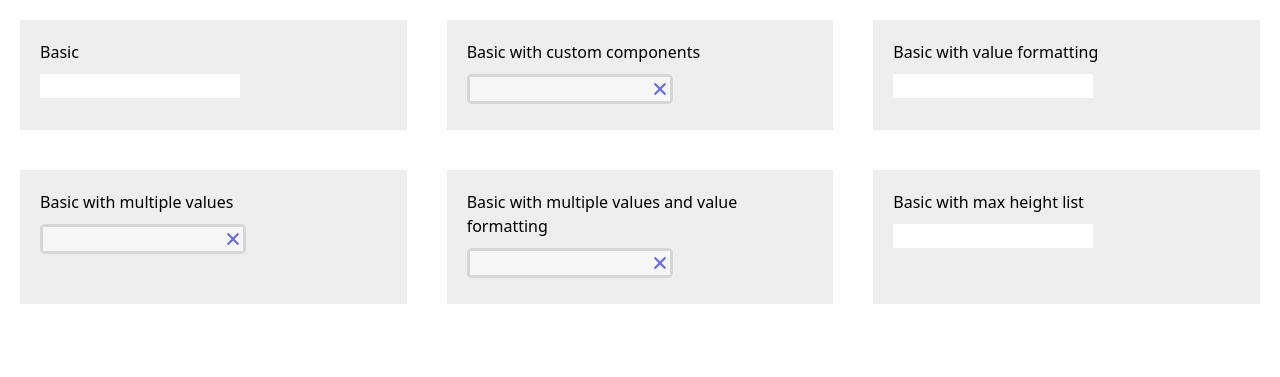
Repository: Frexity/frx-react
Page: / (app in ui/react-select/)
These files come from the project's save history. The page is drawn as it stood at one moment and after the next save; the edit follows.
The browser window is 1280 px wide. The pictures show the whole page.
Some web libraries are served in a nearby version. The project was rebuilt for these pictures with package versions that can differ from the ones it lists, and the page was loaded fresh each time. Also part of the build but not shown: ui/react-select/vite.config.ts, ui/react-select/src/CustomSelectComponents/ListLoadingIndicator.tsx, ui/react-select/src/dummy-components/ControlLoadingIndicator.tsx, ui/react-select/src/dummy-components/ListLoadingIndicator.tsx.

Above is the page before, as saved 2022-08-21 01:27:52.

### ui/react-select/index.html
<!DOCTYPE html>
<html lang="en">
  <head>
    <meta charset="UTF-8" />
    <link rel="icon" type="image/svg+xml" href="/vite.svg" />
    <meta name="viewport" content="width=device-width, initial-scale=1.0" />
    <title>React Select</title>
    <script src="https://cdn.tailwindcss.com/3.1.8"></script>
  </head>
  <body>
    <div id="root"></div>
    <script type="module" src="/src/main.tsx"></script>
  </body>
</html>

### ui/react-select/src/App.tsx
import './styles.css'

import { ClearIndicator } from './CustomSelectComponents/ClearIndicator'
import { Control } from './CustomSelectComponents/Control'
import { ListLoadingIndicator } from './CustomSelectComponents/ListLoadingIndicator'
import { Option } from './CustomSelectComponents/Option'
import { dummyComponents } from './dummy-components'
import { Select } from './Select'
import { ValueContainer } from './CustomSelectComponents/ValueContainer'
// import { AsyncSelect } from './Select/Async'

const options = [
  { label: 'Option 1', value: '1' },
  { label: 'Option 2', value: '2' },
  { label: 'Option 3', value: '3' },
  { label: 'Option 4', value: '4' },
  { label: 'Option 5', value: '5' },
  { label: 'Option 6', value: '6' },
  { label: 'Option 7', value: '7' },
  { label: 'Option 8', value: '8' },
  { label: 'Option 9', value: '9' },
  { label: 'Option 10', value: '10' },
]

const customComponents = {
  Option,
  Control,
  ClearIndicator,
  ListLoadingIndicator,
  ValueContainer,
}

export default function App() {
  return (
    <>
      <div className="cards">
        <div className="card">
          <h3>Basic</h3>
          <Select options={options} components={dummyComponents} />
        </div>
        <div className="card">
          <h3>Basic with custom components</h3>
          <Select options={options} components={customComponents} />
        </div>
        <div className="card">
          <h3>Basic with value formatting</h3>
          <Select
            options={options}
            components={dummyComponents}
            selectedValueFormatter={(value) => {
              return value ? `This is value: ${value}` : null
            }}
          />
        </div>
        <div className="card">
          <h3>Basic with multiple values</h3>
          <Select options={options} components={customComponents} canSelectMultipleValues />
        </div>
        <div className="card">
          <h3>Basic with multiple values and value formatting</h3>
          <Select
            options={options}
            components={customComponents}
            canSelectMultipleValues
            selectedValueFormatter={(value) => {
              return value ? `This is value: ${value}` : null
            }}
          />
        </div>
        {/* <div className="card">
        <h3>TODO: Basic with initial value</h3>
        <Select options={options} components={customComponents} canSelectMultipleValues />
      </div> */}
        <div className="card">
          <h3>Basic with max height list</h3>
          <Select
            options={options}
            components={dummyComponents}
            optionsListProps={{
              maxHeight: 150,
            }}
          />
        </div>
        {/* <div className="card">
        <h3>Async</h3>
        <AsyncSelect
          options={options}
          components={dummyComponents}
          asyncOptions={{
            url: 'https://jsonplaceholder.typicode.com/albums',
            startPage: 0,
            perPage: 4,
            queryAttribute: 'page',
            labelAttribute: 'title',
            valueAttribute: 'id',
            loadOnMount: true,
          }}
        />
      </div> */}
        {/* <div className="card">
        <h3>TODO: Async with initial value</h3>
        <AsyncSelect
          options={options}
          components={dummyComponents}
          asyncOptions={{
            url: 'https://jsonplaceholder.typicode.com/albums',
            startPage: 0,
            perPage: 4,
            queryAttribute: 'page',
            labelAttribute: 'title',
            valueAttribute: 'id',
            loadOnMount: true,
          }}
        />
      </div> */}
      </div>
    </>
  )
}

### ui/react-select/src/styles.css
.dropdown {
  position: fixed;
  border: 1px solid red;
  display: none;
  z-index: 1;
  background: white;
}

input:focus + .dropdown {
  display: block;
}

.card {
  margin: 20px;
  padding: 20px;
  background-color: #eee;
  overflow: hidden;
  overflow-y: scroll;
}

h3 {
  margin-bottom: 10px;
}

.cards {
  display: grid;
  grid-template-columns: repeat(auto-fill, minmax(400px, 1fr));
}

### ui/react-select/src/CustomSelectComponents/ClearIndicator.tsx
import { memo } from 'react'
import { ClearIndicatorComponentProps } from '../Select/types'

export const ClearIndicator = memo(({ clearIndicatorContainerStyles, onClick }: ClearIndicatorComponentProps) => {
  return (
    <div style={clearIndicatorContainerStyles} onClick={onClick}>
      <svg viewBox="0 0 460.775 460.775" style={{ width: 12, height: 12 }}>
        <path
          fill="#66f"
          d="M285.08,230.397L456.218,59.27c6.076-6.077,6.076-15.911,0-21.986L423.511,4.565c-2.913-2.911-6.866-4.55-10.992-4.55  c-4.127,0-8.08,1.639-10.993,4.55l-171.138,171.14L59.25,4.565c-2.913-2.911-6.866-4.55-10.993-4.55  c-4.126,0-8.08,1.639-10.992,4.55L4.558,37.284c-6.077,6.075-6.077,15.909,0,21.986l171.138,171.128L4.575,401.505  c-6.074,6.077-6.074,15.911,0,21.986l32.709,32.719c2.911,2.911,6.865,4.55,10.992,4.55c4.127,0,8.08-1.639,10.994-4.55  l171.117-171.12l171.118,171.12c2.913,2.911,6.866,4.55,10.993,4.55c4.128,0,8.081-1.639,10.992-4.55l32.709-32.719  c6.074-6.075,6.074-15.909,0-21.986L285.08,230.397z"
        />
      </svg>
    </div>
  )
})

### ui/react-select/src/CustomSelectComponents/Control.tsx
import { ControlComponentProps } from '../Select/types'

export const Control = ({ controlStyles, children }: ControlComponentProps) => {
  return (
    <div
      style={{
        ...controlStyles,
        borderRadius: 5,
        padding: 3,
        backgroundColor: '#d6d6d6',
      }}
    >
      {children}
    </div>
  )
}

### ui/react-select/src/CustomSelectComponents/Option.tsx
import { memo } from 'react'
import { OptionComponentProps } from '../Select/types'

export const Option = memo(({ isSelected, label, onSelect }: OptionComponentProps) => {


  return (
    <li className="text-gray-900 cursor-pointer py-2 pl-3 pr-9 hover:bg-sky-300" onClick={onSelect}>
      <div className="flex items-center">
        <img
          src="https://images.unsplash.com/photo-1491528323818-fdd1faba62cc?ixlib=rb-1.2.1&ixid=eyJhcHBfaWQiOjEyMDd9&auto=format&fit=facearea&facepad=2&w=256&h=256&q=80"
          alt=""
          className="flex-shrink-0 h-6 w-6 rounded-full"
        />
        <span className={`${isSelected ? 'font-bold text-blue-700' : 'font-normal'} ml-3 block truncate`}>{label}</span>
      </div>
    </li>
  )
})

### ui/react-select/src/dummy-components/index.ts
import { Control } from './Control'
import { ClearIndicator } from './ClearIndicator'
import { ControlLoadingIndicator } from './ControlLoadingIndicator'
import { ListLoadingIndicator } from './ListLoadingIndicator'
import { Option } from './Option'
import { ValueContainer } from './ValueContainer'

export const dummyComponents = {
  Control,
  ClearIndicator,
  ControlLoadingIndicator,
  ListLoadingIndicator,
  Option,
  ValueContainer,
}

### ui/react-select/src/Select/index.tsx
import { InnerSelect } from './common'
import { SelectProvider } from './Context'
import { OutsideClickHandler } from './OutsideClickHandler'
import { SelectProps } from './types'

export const Select = ({
  selectedValueFormatter,
  options,
  components,
  optionsListProps,
  canSelectMultipleValues,
}: Omit<SelectProps, 'asyncOptions' | 'AsyncHandler'>) => {
  // const [o, setO] = useState(options);

  // Test setting options from outside the context/component
  /*
  useEffect(() => {
    setTimeout(() => {
      setO([{ label: "New", value: "x" }]);
    }, 2000);
  }, []);
  console.log({ o });
  */

  return (
    <SelectProvider value={{ options }}>
      <OutsideClickHandler>
        <InnerSelect
          selectedValueFormatter={selectedValueFormatter}
          components={components}
          optionsListProps={optionsListProps}
          canSelectMultipleValues={canSelectMultipleValues}
        />
      </OutsideClickHandler>
    </SelectProvider>
  )
}

### ui/react-select/src/CustomSelectComponents/ValueContainer.tsx
import { memo } from 'react'
import { ValueContainerComponentProps } from '../Select/types'

export const ValueContainer = memo(({ children }: ValueContainerComponentProps) => {
  return <div style={{ width: 200, backgroundColor: '#f6f6f6', minHeight: 24, padding: '5px 10px' }}>{children}</div>
})

### ui/react-select/src/dummy-components/Control.tsx
import { ControlComponentProps } from '../Select/types'

export const Control = ({ controlStyles, children }: ControlComponentProps) => {
  return <div style={controlStyles}>{children}</div>
}

### ui/react-select/src/dummy-components/ClearIndicator.tsx
import { memo } from 'react'
import { ClearIndicatorComponentProps } from '../Select/types'

export const ClearIndicator = memo(
  ({ clearIndicatorContainerStyles, onClick, selectedValues }: ClearIndicatorComponentProps) => {
    return (
      <div
        style={{ ...clearIndicatorContainerStyles, ...{ display: selectedValues ? 'initial' : 'none' } }}
        onClick={onClick}
      >
        X
      </div>
    )
  },
)

### ui/react-select/src/dummy-components/Option.tsx
import { memo } from 'react'
import { OptionComponentProps } from '../Select/types'

export const Option = memo(({ isSelected, label, onSelect }: OptionComponentProps) => {
  return (
    <div style={{ fontWeight: isSelected ? 'bold' : 'normal' }} onClick={onSelect}>
      {label}
    </div>
  )
})

### ui/react-select/src/dummy-components/ValueContainer.tsx
import { memo } from 'react'
import { ValueContainerComponentProps } from '../Select/types'

export const ValueContainer = memo(({ children }: ValueContainerComponentProps) => {
  return <div style={{ width: 200, backgroundColor: '#fff', minHeight: 24 }}>{children}</div>
})

### ui/react-select/src/Select/common.tsx
import { useContext } from 'react'
import { ClearIndicator } from './ClearIndicator'
import { SelectContext } from './Context'
import { Options } from './Options'
import { OptionsDropdown } from './OptionsDropdown'
import { OptionsList } from './OptionsList'
import { selectStyles } from './styles'
import { SelectProps } from './types'
import { ValueContainer } from './ValueContainer'

export const InnerSelect = ({
  selectedValueFormatter,
  components,
  optionsListProps,
  asyncOptions,
  AsyncHandler,
  canSelectMultipleValues,
}: Omit<SelectProps, 'options'>) => {
  const { state } = useContext<any>(SelectContext)

  return (
    <>
      <components.Control controlStyles={selectStyles.control}>
        <ValueContainer
          selectedValueFormatter={selectedValueFormatter}
          ValueContainerComponent={components.ValueContainer}
        />
        {components.ClearIndicator && <ClearIndicator ClearIndicatorComponent={components.ClearIndicator} />}
        {components.ControlLoadingIndicator && <components.ControlLoadingIndicator isVisible={state.isLoading} />}
      </components.Control>
      <OptionsDropdown>
        {components.ListLoadingIndicator && (
          <components.ListLoadingIndicator isVisible={state.isOpen && state.isLoading} />
        )}
        <OptionsList optionsListProps={optionsListProps} isAsync={!!asyncOptions}>
          <Options OptionComponent={components.Option} canSelectMultipleValues={canSelectMultipleValues} />
        </OptionsList>
      </OptionsDropdown>
      {AsyncHandler && <AsyncHandler asyncOptions={asyncOptions} />}
    </>
  )
}

### ui/react-select/src/Select/Context.tsx
import React, { useReducer, createContext, useId, useEffect, PropsWithChildren } from 'react'

function reducer(state: any, action: any) {
  return { ...state, ...action }
}

const SelectContext = createContext({}) as any

const SelectProvider = ({ children, value }: PropsWithChildren<{ value: any }>) => {
  const inputElementId = useId()
  const listElementId = useId()
  const dropdownElementId = useId()

  const initialState = {
    isOpen: false,
    hasReachedBottom: false,
    isLoading: false,
    inputElementId,
    dropdownElementId,
    listElementId,
    options: value.options,
    selectedValues: null,
  }
  const [state, dispatch] = useReducer(reducer, initialState)
  const store = React.useMemo(() => ({ state, dispatch }), [state])

  /*
  TODO:
  - Get scroll ref, to scrollToTop when it opens
  */

  // Update options when they come from the outside
  useEffect(() => {
    dispatch({ options: value.options })
  }, [value.options])

  return <SelectContext.Provider value={store}>{children}</SelectContext.Provider>
}

export { SelectContext, SelectProvider }

### ui/react-select/src/Select/OutsideClickHandler.tsx
import { memo, ReactNode, useContext, useEffect, useRef } from 'react'
import { SelectContext } from './Context'

interface OutsideClickHandlerProps {
  children: ReactNode
}

const useOutsideClick = (callback: any) => {
  const ref = useRef<any>()

  useEffect(() => {
    const handleClick = (event: MouseEvent) => {
      if (ref.current && !ref.current.contains(event.target)) {
        callback()
      }
    }

    document.addEventListener('mousedown', handleClick, true)

    return () => {
      document.removeEventListener('mousedown', handleClick, true)
    }
  }, [ref, callback])

  return ref
}

export const OutsideClickHandler = memo(({ children }: OutsideClickHandlerProps) => {
  const { dispatch } = useContext<any>(SelectContext)

  const ref = useOutsideClick(() => {
    dispatch({ isOpen: false })
  })

  return <span ref={ref}>{children}</span>
})

### ui/react-select/src/Select/ClearIndicator.tsx
import { ComponentType, useCallback, useContext } from 'react'
import { SelectContext } from './Context'

import { selectStyles } from './styles'
import { ClearIndicatorComponentProps } from './types'

interface ClearIndicatorProps {
  ClearIndicatorComponent: ComponentType<ClearIndicatorComponentProps>
}

export const ClearIndicator = ({ ClearIndicatorComponent }: ClearIndicatorProps) => {
  const { state, dispatch } = useContext<any>(SelectContext)

  const handleClick = useCallback(() => {
    dispatch({ selectedValues: null })
  }, [dispatch])

  return (
    <ClearIndicatorComponent
      onClick={handleClick}
      selectedValues={state.selectedValues}
      clearIndicatorContainerStyles={selectStyles.clearIndicator}
    />
  )
}

### ui/react-select/src/Select/Options.tsx
import { memo, useCallback, useContext } from 'react'
import { SelectContext } from './Context'
import { OptionType, SelectComponents } from './types'
import { toggleValue } from './utils'

interface InnerOptionsProps {
  OptionComponent: any
  onSelect: any
  options: any
  selectedValues: any
}

const InnerOptions = memo(({ selectedValues, options, onSelect, OptionComponent }: InnerOptionsProps) => {
  return (
    <>
      {options.map((option: OptionType) => {
        const isSelected = Array.isArray(selectedValues)
          ? selectedValues.includes(option.value)
          : selectedValues === option.value

        return (
          <OptionComponent
            key={option.value}
            label={option.label}
            value={option.value}
            isSelected={isSelected}
            onSelect={() => {
              onSelect(option.value)
            }}
          />
        )
      })}
    </>
  )
})

interface OptionsProps {
  OptionComponent: SelectComponents['Option']
  canSelectMultipleValues: boolean | undefined
}

export const Options = ({ OptionComponent, canSelectMultipleValues }: OptionsProps) => {
  const { state, dispatch } = useContext<any>(SelectContext)

  const onSelect = useCallback(
    (value: string) => {
      if (canSelectMultipleValues) {
        const newValues = toggleValue({ value, selectedValues: state.selectedValues })
        dispatch({ selectedValues: newValues, isOpen: false })
        return
      }
      dispatch({ selectedValues: value, isOpen: false })
    },
    [dispatch, state.selectedValues, canSelectMultipleValues],
  )

  return (
    <InnerOptions
      options={state.options}
      OptionComponent={OptionComponent}
      selectedValues={state.selectedValues}
      onSelect={onSelect}
    />
  )
}

### ui/react-select/src/Select/OptionsDropdown.tsx
import { SelectContext } from './Context'
import { ReactNode, useContext, useEffect } from 'react'

import { getScrollParent, normalizedHeight, setMenuPosition } from './utils'

interface OptionsDropdownProps {
  children: ReactNode
}

export const OptionsDropdown = ({ children }: OptionsDropdownProps) => {
  const { state } = useContext<any>(SelectContext)

  // TODO: Reposition on window resize
  useEffect(() => {
    // TODO: Get unique ID instead
    const dropdown = document.getElementById(state.dropdownElementId)
    if (!dropdown) {
      return
    }

    const input = document.getElementById(state.inputElementId)
    if (!input) {
      return
    }
    if (!state.isOpen) {
      dropdown.style.display = 'none'
      return
    }

    const parent = getScrollParent(input)

    const style = getComputedStyle(input)

    const borderTopWidth = parseInt(style.borderTopWidth, 10) || 0
    const borderLeftWidth = parseInt(style.borderLeftWidth, 10) || 0
    const borderBottomWidth = parseInt(style.borderBottomWidth, 10) || 0
    const inputHeight = normalizedHeight(input) + borderTopWidth + borderBottomWidth

    setMenuPosition(dropdown, input, inputHeight, borderLeftWidth)

    function scrollEventHandler(this: HTMLElement) {
      if (!dropdown) {
        return
      }
      setMenuPosition(dropdown, this, inputHeight, borderLeftWidth)
    }

    parent.addEventListener('scroll', scrollEventHandler.bind(input))

    dropdown.style.display = 'initial'
  }, [state.isOpen, state.inputElementId, state.dropdownElementId])

  return (
    <div className="dropdown" id={state.dropdownElementId}>
      {children}
    </div>
  )
}

### ui/react-select/src/Select/OptionsList.tsx
import { SelectContext } from './Context'
import { useContext, memo, useCallback, useEffect, PropsWithChildren } from 'react'
import { scrollIsAtBottom } from './utils'
import { SelectProps } from './types'

interface InnerOptionsListProps {
  isAsync: boolean
  optionsListProps: SelectProps['optionsListProps']
  onReachedBottom: (() => void) | undefined
  listElementId: string
}

const InnerOptionsList = memo(
  ({
    children,
    isAsync,
    optionsListProps,
    onReachedBottom,
    listElementId,
  }: PropsWithChildren<InnerOptionsListProps>) => {
    useEffect(() => {
      if (!isAsync) {
        return
      }
      const element = document.getElementById(listElementId)
      if (!element) {
        return
      }

      function checkIfAtBottom() {
        if (element && scrollIsAtBottom(element)) {
          onReachedBottom && onReachedBottom()
        }
      }
      element.addEventListener('scroll', checkIfAtBottom)

      return () => {
        element.removeEventListener('scroll', checkIfAtBottom)
      }
    }, [onReachedBottom, listElementId, isAsync])

    return (
      <div
        id={listElementId}
        style={{
          maxHeight: optionsListProps?.maxHeight || 'unset',
          overflowY: optionsListProps?.maxHeight ? 'scroll' : 'unset',
        }}
      >
        <ul>{children}</ul>
      </div>
    )
  },
)

interface OptionsListProps {
  isAsync: boolean
  optionsListProps: any
}

export const OptionsList = ({ children, optionsListProps, isAsync }: PropsWithChildren<OptionsListProps>) => {
  const { state, dispatch } = useContext<any>(SelectContext)

  const onReachedBottom = useCallback(() => {
    if (state.hasReachedBottom) {
      return
    }
    dispatch({ hasReachedBottom: true })
  }, [dispatch, state.hasReachedBottom])

  return (
    <InnerOptionsList
      isAsync={isAsync}
      optionsListProps={optionsListProps}
      onReachedBottom={isAsync ? onReachedBottom : undefined}
      listElementId={state.listElementId}
    >
      {children}
    </InnerOptionsList>
  )
}

### ui/react-select/src/Select/styles.ts
export const selectStyles = {
  clearIndicator: {
    position: 'absolute' as const,
    top: 0,
    right: 0,
    bottom: 0,
    display: 'flex',
    padding: '0 7px',
    justifyContent: 'center',
    alignItems: 'center',
    cursor: 'pointer',
  },
  control: {
    position: 'relative' as const,
    display: 'inline-block',
  },
}

### ui/react-select/src/Select/ValueContainer.tsx
import { memo, useCallback, useContext } from 'react'
import { SelectContext } from './Context'
import { SelectComponents, SelectProps } from './types'

interface ValueContainerProps {
  selectedValueFormatter: SelectProps['selectedValueFormatter']
  ValueContainerComponent: SelectComponents['ValueContainer']
}

export const ValueContainer = memo(({ selectedValueFormatter, ValueContainerComponent }: ValueContainerProps) => {
  const { state, dispatch } = useContext<any>(SelectContext)

  const onFocus = useCallback(() => {
    dispatch({ isOpen: true })
  }, [dispatch])

  const formattedValue = selectedValueFormatter
    ? Array.isArray(state.selectedValues)
      ? state.selectedValues.map(selectedValueFormatter)
      : selectedValueFormatter(state.selectedValues)
    : state.selectedValues

  return (
    <div id={state.inputElementId} onClick={onFocus}>
      <ValueContainerComponent>{formattedValue}</ValueContainerComponent>
    </div>
  )
})

### ui/react-select/src/Select/utils.ts
export function getScrollParent(element: HTMLElement) {
  let style = window.getComputedStyle(element)
  const excludeStaticParent = style.position === 'absolute'
  const overflowRegex = /(auto|scroll)/
  const documentElement = document.documentElement

  if (style.position === 'fixed') {
    return documentElement
  }

  // eslint-disable-next-line @typescript-eslint/ban-ts-comment
  // @ts-ignore
  for (let parent = element; (parent = parent.parentElement); ) {
    style = window.getComputedStyle(parent)
    if (excludeStaticParent && style.position === 'static') {
      continue
    }
    if (overflowRegex.test(style.overflow + style.overflowY + style.overflowX)) {
      return parent
    }
  }

  return documentElement
}

export function getScrollTop(el: HTMLElement) {
  if (isDocumentElement(el)) {
    return window.scrollY
  }
  return el.scrollTop
}

export function normalizedHeight(el: HTMLElement) {
  if (isDocumentElement(el)) {
    return window.innerHeight
  }

  return el.clientHeight
}

export function isDocumentElement(el: HTMLElement) {
  return [document.documentElement, document.body, window].indexOf(el) > -1
}

// https://github.com/JedWatson/react-select/blob/b0411ff46bc1ecf45d9bca4fb58fbce1e57f847c/packages/react-select/src/internal/useScrollCapture.js

export function setMenuPosition(dropdown: HTMLElement, element: HTMLElement, inputHeight: number, leftOffset: number) {
  // Done with JS instead of React, otherwise it will lag behind
  const offset = element.getBoundingClientRect()
  const top = offset.top
  const left = offset.left
  dropdown.style.top = `${top + inputHeight}px`
  dropdown.style.left = `${left + leftOffset}px`
}

export function scrollIsAtBottom(node: HTMLElement) {
  return node.scrollTop + node.offsetHeight === node.scrollHeight
}

export function sleep(ms: number) {
  return new Promise((resolve) => setTimeout(resolve, ms))
}

export function toggleValue({ value, selectedValues }: { value: string; selectedValues: string[] | null }) {
  const wrappedSelectedValues = selectedValues ? [...selectedValues] : []
  if (wrappedSelectedValues.includes(value)) {
    const newValues = wrappedSelectedValues.filter((v) => v !== value)
    return newValues.length === 0 ? null : newValues
  }
  return [...wrappedSelectedValues, value]
}

Loaded but not shown: ui/react-select/src/main.tsx (common file)

After the next save:
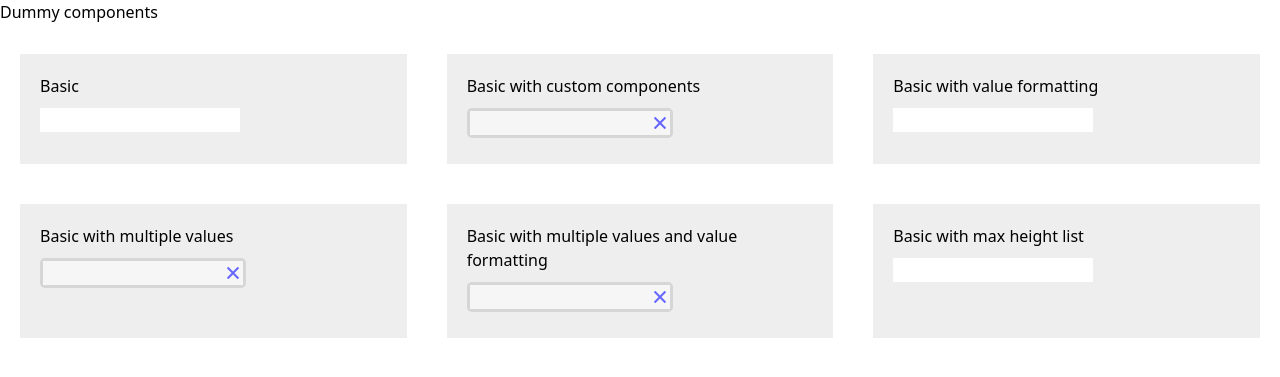
Saved 23 s later.
--- a/ui/react-select/src/App.tsx
+++ b/ui/react-select/src/App.tsx
@@ -33,6 +33,7 @@ const customComponents = {
 export default function App() {
   return (
     <>
+      <h3>Dummy components</h3>
       <div className="cards">
         <div className="card">
           <h3>Basic</h3>
